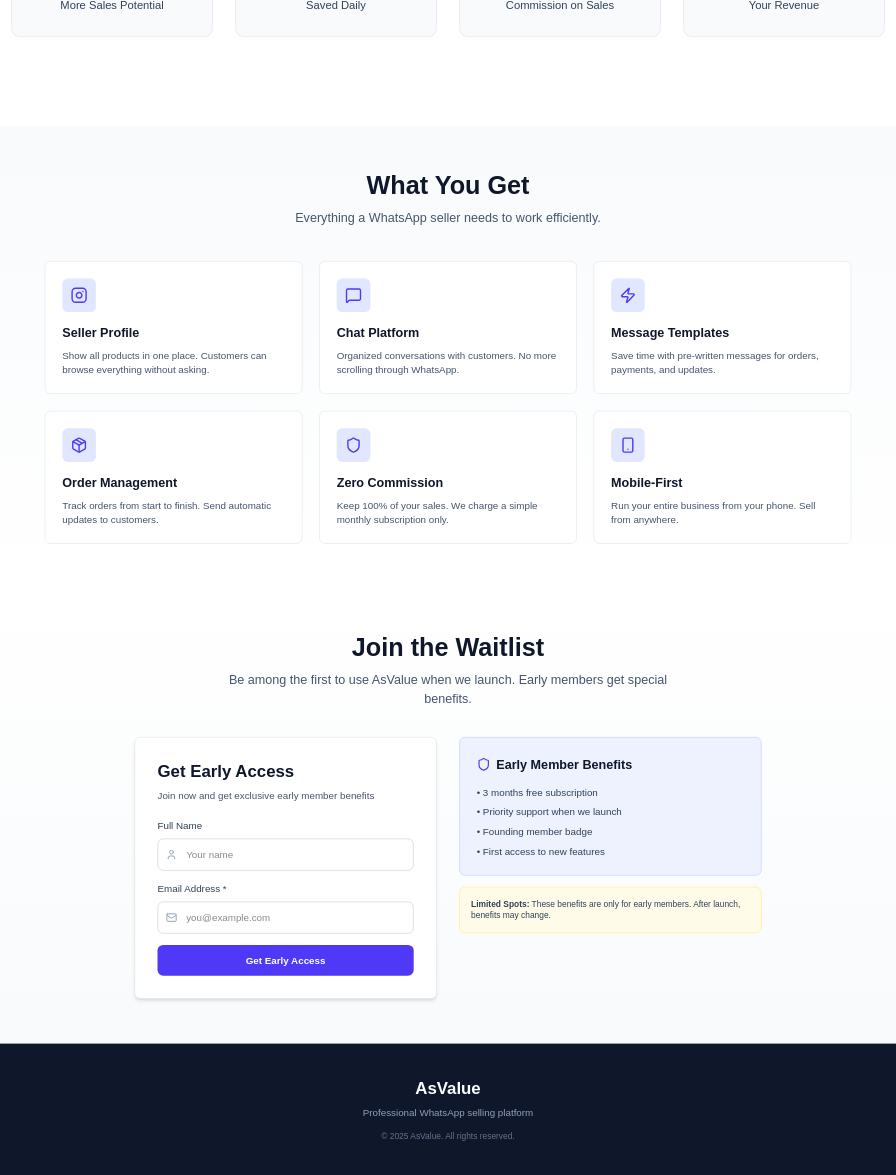
Repository: vikkii2005/asvalue-waitlist
Page: /
These files come from the project's save history. The page is drawn as it stood at one moment and after the next save; the edit follows.
The browser window is 1280 px wide. The pictures show the part of the page from y = 2227 to 4147 px (the page is 3906 px tall before and 4800 px after), at 70% of full size.
The page's requests for data from a server got no answer. The project was rebuilt for these pictures with package versions that can differ from the ones it lists, and the page was loaded fresh each time. The framework's server and built-in components were replaced by stand-ins that run in the browser. No one was signed in, and anything a server would have sent is missing. Also part of the build but not shown: next.config.ts, components/ReferralDashboard.tsx.

Above is the page before, as saved 2025-10-31 09:11:50.

After the next save:
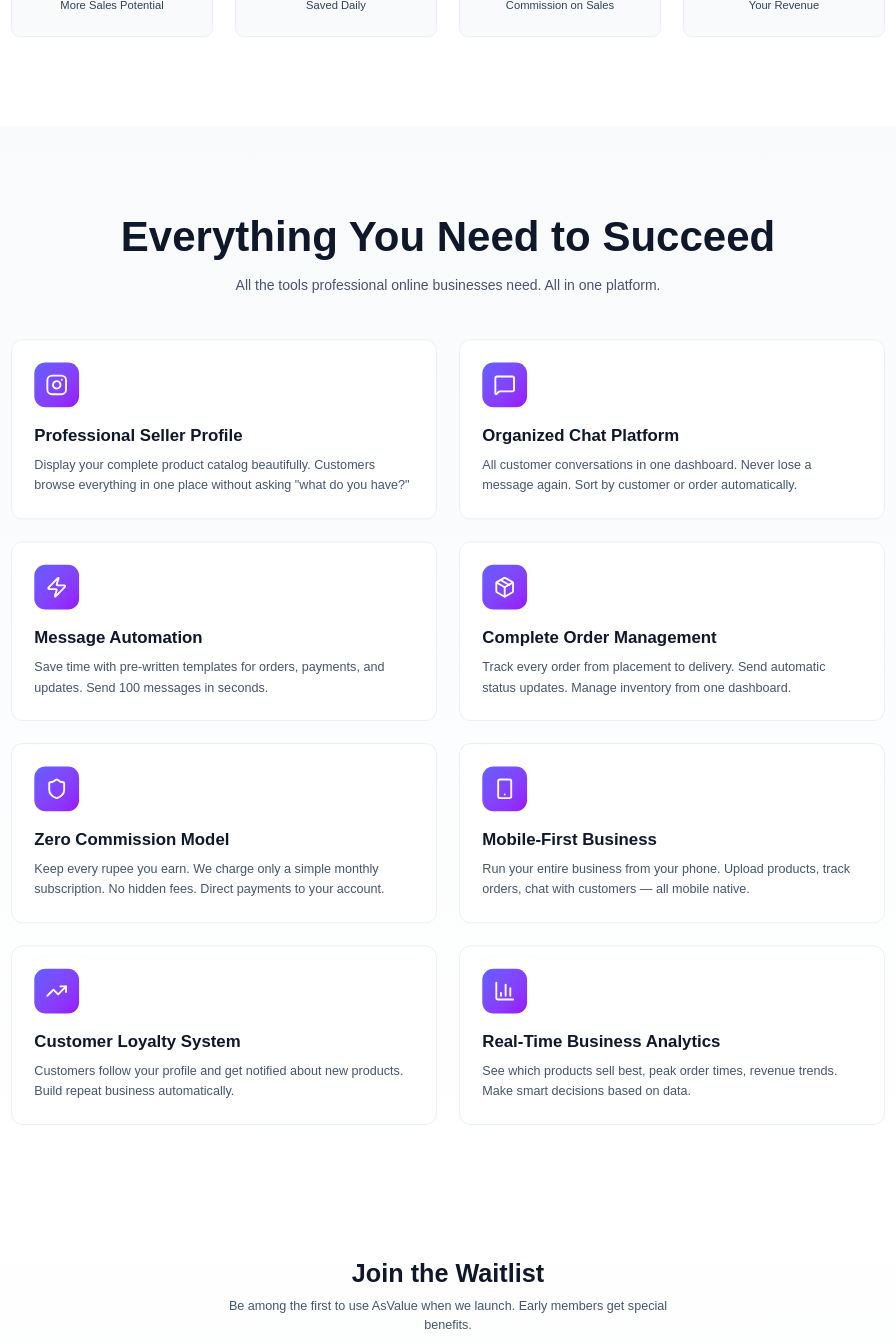
Saved 10 s later.
--- a/components/Features.tsx
+++ b/components/Features.tsx
@@ -1,64 +1,74 @@
-import { Instagram, MessageSquare, Zap, Package, Shield, Smartphone } from 'lucide-react'
+import { Instagram, MessageSquare, Zap, Package, Shield, Smartphone, TrendingUp, BarChart3 } from 'lucide-react'
 
 const features = [
   {
     icon: Instagram,
-    title: 'Seller Profile',
-    description: 'Show all products in one place. Customers can browse everything without asking.'
+    title: 'Professional Seller Profile',
+    description: 'Display your complete product catalog beautifully. Customers browse everything in one place without asking "what do you have?"'
   },
   {
     icon: MessageSquare,
-    title: 'Chat Platform',
-    description: 'Organized conversations with customers. No more scrolling through WhatsApp.'
+    title: 'Organized Chat Platform',
+    description: 'All customer conversations in one dashboard. Never lose a message again. Sort by customer or order automatically.'
   },
   {
     icon: Zap,
-    title: 'Message Templates',
-    description: 'Save time with pre-written messages for orders, payments, and updates.'
+    title: 'Message Automation',
+    description: 'Save time with pre-written templates for orders, payments, and updates. Send 100 messages in seconds.'
   },
   {
     icon: Package,
-    title: 'Order Management',
-    description: 'Track orders from start to finish. Send automatic updates to customers.'
+    title: 'Complete Order Management',
+    description: 'Track every order from placement to delivery. Send automatic status updates. Manage inventory from one dashboard.'
   },
   {
     icon: Shield,
-    title: 'Zero Commission',
-    description: 'Keep 100% of your sales. We charge a simple monthly subscription only.'
+    title: 'Zero Commission Model',
+    description: 'Keep every rupee you earn. We charge only a simple monthly subscription. No hidden fees. Direct payments to your account.'
   },
   {
     icon: Smartphone,
-    title: 'Mobile-First',
-    description: 'Run your entire business from your phone. Sell from anywhere.'
+    title: 'Mobile-First Business',
+    description: 'Run your entire business from your phone. Upload products, track orders, chat with customers — all mobile native.'
+  },
+  {
+    icon: TrendingUp,
+    title: 'Customer Loyalty System',
+    description: 'Customers follow your profile and get notified about new products. Build repeat business automatically.'
+  },
+  {
+    icon: BarChart3,
+    title: 'Real-Time Business Analytics',
+    description: 'See which products sell best, peak order times, revenue trends. Make smart decisions based on data.'
   }
 ]
 
 export default function Features() {
   return (
-    <section id="features" className="py-16 px-4 bg-linear-to-b from-slate-50 to-white">
-      <div className="max-w-6xl mx-auto">
-        <div className="text-center mb-12">
-          <h2 className="text-4xl font-bold text-slate-900 mb-3">
-            What You Get
+    <section id="features" className="py-32 px-4 bg-linear-to-b from-slate-50 to-white">
+      <div className="max-w-7xl mx-auto">
+        <div className="text-center mb-16">
+          <h2 className="text-5xl md:text-6xl font-bold text-slate-900 mb-6">
+            Everything You Need to Succeed
           </h2>
-          <p className="text-lg text-slate-600">
-            Everything a WhatsApp seller needs to work efficiently.
+          <p className="text-xl text-slate-600 max-w-3xl mx-auto">
+            All the tools professional online businesses need. All in one platform.
           </p>
         </div>
 
-        <div className="grid md:grid-cols-2 lg:grid-cols-3 gap-6">
+        <div className="grid md:grid-cols-2 gap-8">
           {features.map((feature, index) => (
             <div
               key={index}
-              className="bg-white p-6 rounded-lg border border-slate-200 hover:border-indigo-300 hover:shadow-md transition-all"
+              className="bg-white p-8 rounded-2xl border border-slate-200 hover:border-indigo-300 hover:shadow-xl transition-all group"
             >
-              <div className="shrink-0">
-                <div className="w-12 h-12 bg-indigo-100 rounded-lg flex items-center justify-center mb-4">
-                  <feature.icon className="w-6 h-6 text-indigo-600" />
+              <div className="shrink-0 mb-6">
+                <div className="w-16 h-16 bg-linear-to-br from-indigo-500 to-purple-600 rounded-2xl flex items-center justify-center group-hover:scale-110 transition-transform">
+                  <feature.icon className="w-8 h-8 text-white" />
                 </div>
               </div>
-              <h3 className="text-lg font-semibold text-slate-900 mb-2">{feature.title}</h3>
-              <p className="text-sm text-slate-600">{feature.description}</p>
+              <h3 className="text-2xl font-bold text-slate-900 mb-3">{feature.title}</h3>
+              <p className="text-slate-600 text-lg leading-relaxed">{feature.description}</p>
             </div>
           ))}
         </div>
